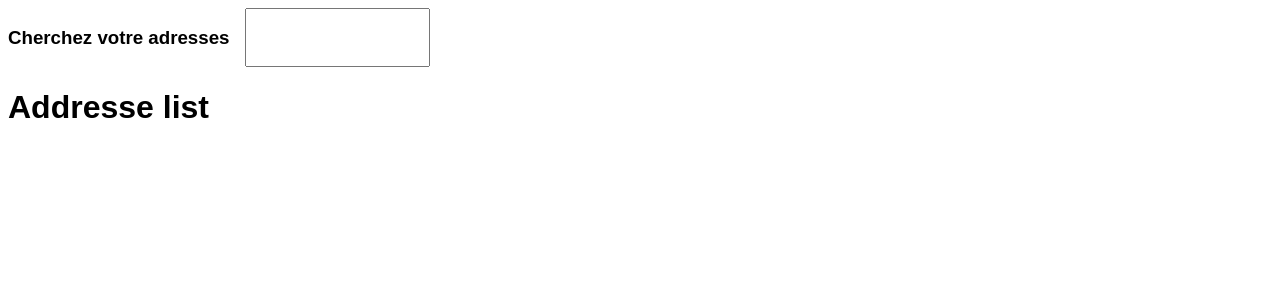
Repository: DnPako/test-forked
Page: /
The author's editor kept a copy of each file at every save. The page is drawn from the files as they stood at one save, then again after the next save.
The browser window is 1280 px wide. The pictures show the whole page.
The page's requests for data from a server got no answer. The project was rebuilt for these pictures with package versions that can differ from the ones it lists, and the page was loaded fresh each time. No one was signed in, and anything a server would have sent is missing.

Above is the page before, as saved 2022-02-14 12:50:51.

### src/index.js
import { StrictMode } from "react";
import ReactDOM from "react-dom";
import axios from 'axios';
import { Provider, } from "react-redux";
import { createStore, applyMiddleware, } from "redux";
import createSagaMiddleware from "redux-saga";

import reducers from "./commons/reducers";
import sagas from "./commons/sagas";
import App from "./addresses/App";

axios.defaults.baseURL = 'https://api-adresse.data.gouv.fr';

const sagaMiddleware = createSagaMiddleware();
const store = createStore(reducers, applyMiddleware(sagaMiddleware));

sagaMiddleware.run(sagas);

const rootElement = document.getElementById("root");
ReactDOM.render(
  <Provider store={store}>
    <StrictMode>
      <App />
    </StrictMode>
  </Provider>,
  rootElement
);

### src/commons/reducers/index.js
import { combineReducers, } from "redux";
import AdressesReducer from "../../addresses/redux/addressReducer";

export default combineReducers({
    addresses: AdressesReducer,
});

### src/commons/sagas/index.js
import { all, } from 'redux-saga/effects';
import addressesSagas from '../../addresses/saga/addressesSaga';

export default function* rootSaga() {
    yield all([
        ...addressesSagas,
    ]);
}

### src/addresses/App.js
import { useEffect, } from "react";
import "../styles.css";
import withRedux from "../commons/utils/withRedux";
import stateDispatchers from "./utils/stateDispatchers";
import Address from "./components/Address";
import SearchInput from "./components/SearchInput";

const { mapDispatchToProps, mapStateToProps } = stateDispatchers;

const App = (props) => {
  const {
    addressList,
    handleGetAddresses,
  } = props;

  console.log(addressList);

  useEffect(() => {
    handleGetAddresses();
  }, [handleGetAddresses]);

  return (
    <div className="App">
      <SearchInput />
      <h1>Addresse list</h1>
      <ul>
        <Address addressList={addressList} />
      </ul>
    </div>
  );
}

export default withRedux(mapStateToProps, mapDispatchToProps, App);

### src/addresses/redux/addressReducer.js
const initialState = {
    addressList: [],
};

const setAddresses = (state, { addressList, }) => ({
    ...state,
    addressList,
});

// In case we have other eventual actions we can simply add the function to this object
// No need to change AdressesReducer
const AddressesActions = {
    SET_ADDRESSES: setAddresses,
};

export default function AdressesReducer(state = initialState, action) {
    if (AddressesActions[action.type]) {
        return AddressesActions[action.type](state, action);
    }
    return state;
};

### src/addresses/saga/addressesSaga.js
import {
    call,
    fork,
    put,
    takeEvery,
} from "redux-saga/effects";
import actions from "../redux/actions";
import addressDispatcher from "../redux/addressDispatcher";
import { getAddresses, } from "../services/addressesServices";

const {
    GET_ADDRESSES,
    SET_ADDRESSES,
} = actions;

const {
    setAddresses,
} = addressDispatcher;

function* getAddressesRequest() {
    try {
        const { data: { features: addressList, }, } = yield call(getAddresses);
        yield put(setAddresses(addressList));
    } catch (error) {
        console.log(error);
    }
}

function* watchGetUsers() {
    yield takeEvery(GET_ADDRESSES, getAddressesRequest);
};

const addressesSagas = [
    fork(watchGetUsers),
];

export default addressesSagas;

### src/commons/utils/withRedux.js
import { connect, } from "react-redux";

const withRedux = (mapStateToProps, mapDispatchToProps, Component) => (
    connect(mapStateToProps, mapDispatchToProps)(Component)
);

export default withRedux;

### src/addresses/utils/stateDispatchers.js
import addressDispatcher from "../redux/addressDispatcher";

const { getAddresses, } = addressDispatcher;

const mapStateToProps = ({
    addresses: { addressList, },
}) => ({
    addressList,
});

const mapDispatchToProps = {
    handleGetAddresses: getAddresses,
};

export default {
    mapStateToProps,
    mapDispatchToProps,
}

### src/addresses/components/Address.jsx
const displayAddress = address => {
    const { properties, } =  address;
    return (
        <li key={properties.id}>
            <h2>Label: {properties.label}</h2>
            <ul>
                <li>number: {properties.housenumber}</li>
                <li>street: {properties.street}</li>
                <li>city: {properties.city}</li>
                <li>zipcode: {properties.citycode}</li>
                <li>country: France</li>
                <li>rounded score: {properties.score}</li>
            </ul>
        </li>
    );
};

const Address = (props) => {
    const {
        addressList,
    } = props;
    return (
        <>
            {addressList.length !== 0 && addressList.map(address => displayAddress(address))}
        </>
    );
};

export default Address;

### src/addresses/components/SearchInput.jsx
const containerStyle = {
    display: "flex",
}

const labelStyle = {
    marginRight: "1rem",
}

const inputStyle = {

};

const SearchInput = () => {
    return (
        <div style={{ ...containerStyle, }}>
            <label htmlFor="search" style={{ ...labelStyle, }}>
                <h3>Cherchez votre adresses</h3>
            </label>
            <input type="text" name="name" value="" />
        </div>
    );
};

export default SearchInput;

### src/addresses/redux/actions.js
const GET_ADDRESSES = 'GET_ADDRESSES';
const SET_ADDRESSES = 'SET_ADDRESSES';

export default {
    GET_ADDRESSES,
    SET_ADDRESSES,
};

### src/addresses/redux/addressDispatcher.js
import actions from "./actions";

const {
 GET_ADDRESSES,
 SET_ADDRESSES,
} = actions;

const getAddresses = () => ({
    type: GET_ADDRESSES,
});

const setAddresses = addressList => ({
    type: SET_ADDRESSES,
    addressList,
});

export default {
    getAddresses,
    setAddresses,
};

### src/addresses/services/addressesServices.js
import axios from "axios";

export const getAddresses = () => {
    return axios.get('/search', {
        params: {
            q: '8 bd du port',
            limit: 15,
        },
    });
};

Loaded but not shown: public/index.html (common file); src/styles.css (common file)

After the next save:
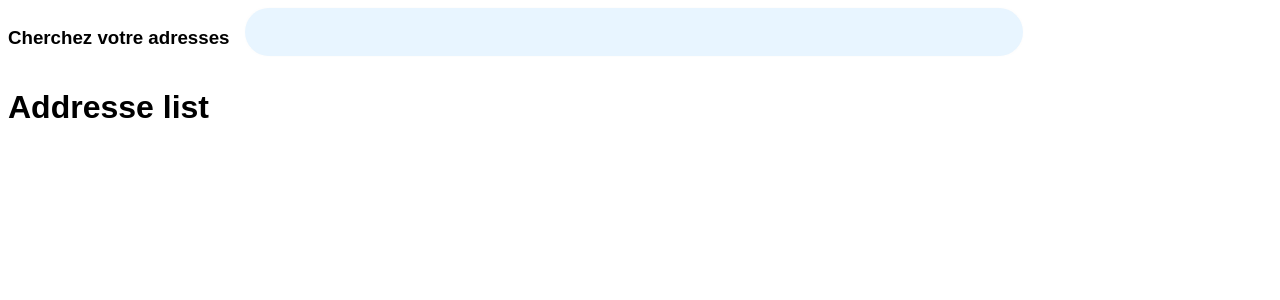
Saved 11 min 7 s later.
--- a/src/addresses/components/SearchInput.jsx
+++ b/src/addresses/components/SearchInput.jsx
@@ -7,7 +7,14 @@ const labelStyle = {
 }
 
 const inputStyle = {
-
+    width: "60%",
+    height: "3rem",
+    padding: "0 0.714em",
+    borderRadius: "5em",
+    backgroundColor: "#e8f5ff",
+    border: "0",
+    outline: "0",
+    boxShadow: "0 0 8px -9px #000",
 };
 
 const SearchInput = () => {
@@ -16,7 +23,12 @@ const SearchInput = () => {
             <label htmlFor="search" style={{ ...labelStyle, }}>
                 <h3>Cherchez votre adresses</h3>
             </label>
-            <input type="text" name="name" value="" />
+            <input
+                style={{ ...inputStyle, }}
+                type="text"
+                name="name"
+                value=""
+            />
         </div>
     );
 };
